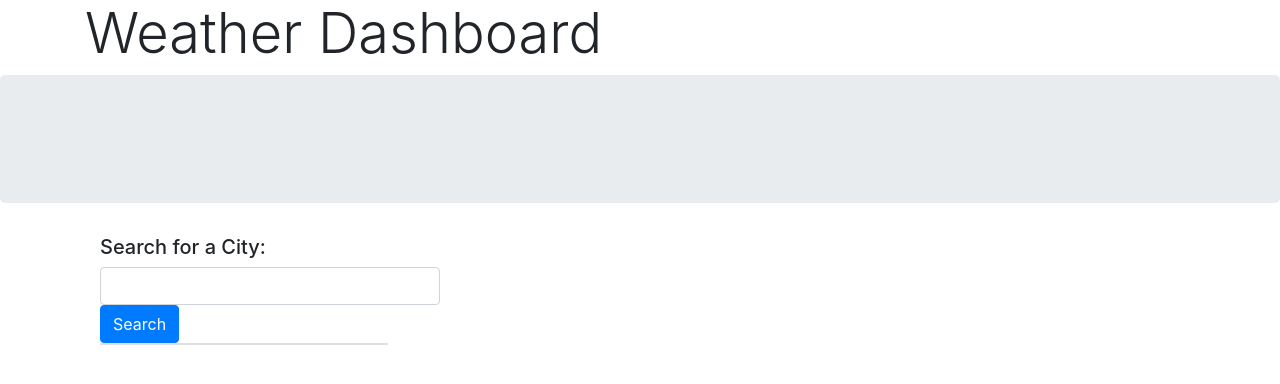
Repository: LaBrewT2/weather-dashboard
Page: index.html
An editor plug-in stored every save of this project. The page is shown before and after the next save, followed by the edit.
The browser window is 1280 px wide. The pictures show the whole page.
Some web libraries are served in a nearby version.

Above is the page before, as saved 2021-01-03 19:11:40.

After the next save:
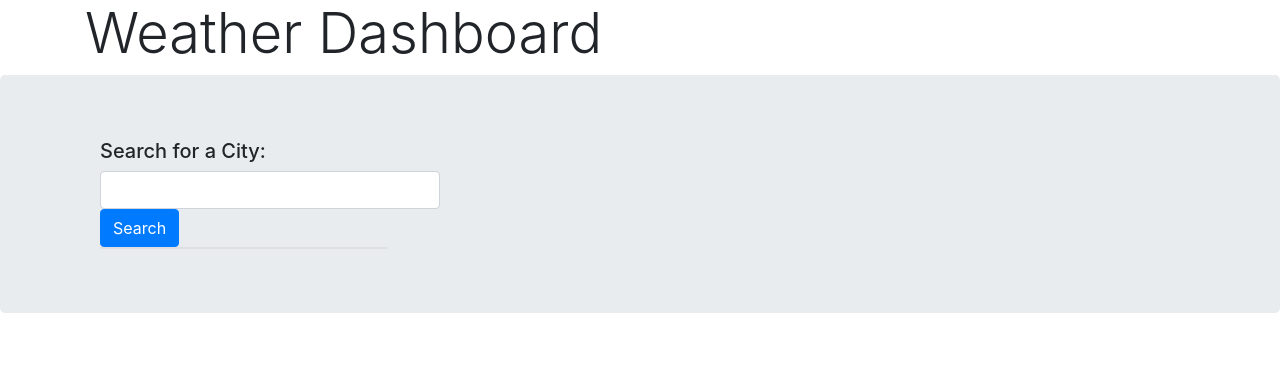
Saved 5 s later.
--- a/index.html
+++ b/index.html
@@ -23,7 +23,7 @@
 
 <!-- Page main container with rows -->
 <section>
-  <div class="jumbotron"></div>
+  <div class="jumbotron">
 <div id ="maincontainer" class="container">
   <div class="col-4" id = "searchBlock">
 
